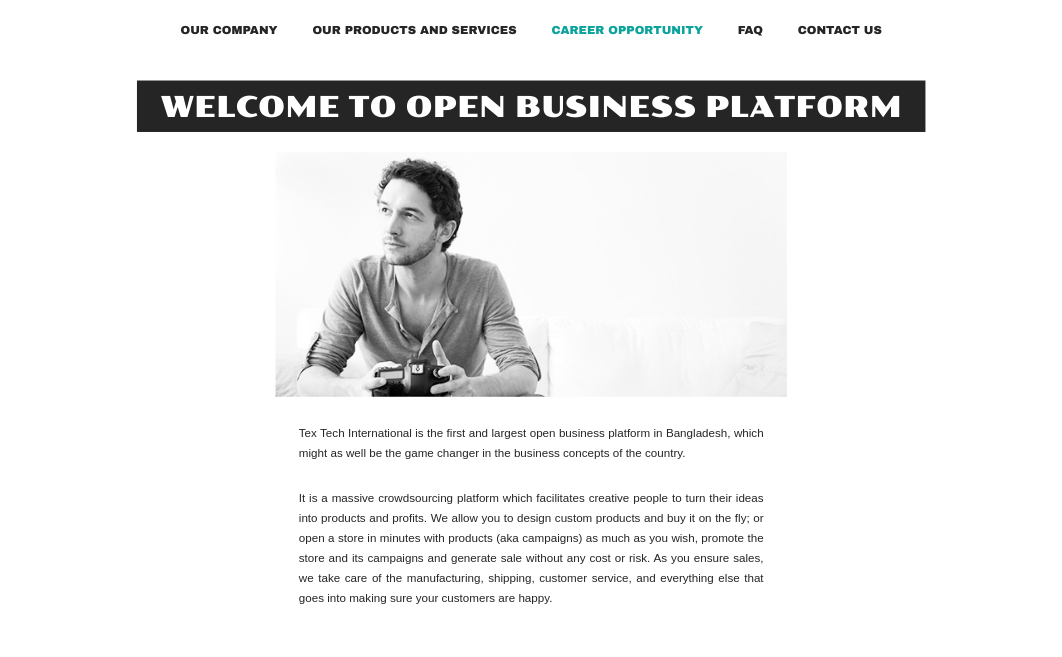
Repository: asifdotpy/textechint
Page: about.html
These files come from the project's save history. The page is drawn as it stood at one moment and after a run of saves; the edit follows.
The browser window is 1280 px wide. The pictures show the whole page, at 83% of full size.

Above is the page before, as saved 2021-02-24 00:48:20.

### about.html
<!doctype html>
<html>
<head>
	<meta charset="UTF-8">
	<meta name="viewport" content="width=device-width, initial-scale=1.0">
	<title>Career Opportunity - Tex Tech International</title>
	<link rel="stylesheet" type="text/css" href="css/style.css">
	<link rel="stylesheet" type="text/css" href="css/mobile.css" media="screen and (max-width : 568px)">
	<script type="text/javascript" src="js/mobile.js"></script>
</head>
<body>
	<div id="header">
		<ul id="navigation">
			<li>
				<a href="index.html">our company</a>
			</li>
			<li>
				<a href="gallery.html">Our Products and services
				</a>
			</li>
			<li class="selected">
				<a href="about.html">career opportunity</a>
			</li>
			<li>
				<a href="blog.html">faq</a>
			</li>
			<li>
				<a href="contact.html">contact us</a>
			</li>
		</ul>
	</div>
	<div id="body">
		<h1><span>Welcome to Open Business Platform</span></h1>
		<div>
			<img src="images/photographer.jpg" alt="">
			<div class="article">
				<!--<h3>Tex Tech International is the first and largest open business platform in Bangladesh</h3>-->
				<p>Tex Tech International is the first and largest open business platform in Bangladesh, which might as well be the game changer in the business concepts of the country. </p>
				<!--<h3>Our goal </h3>-->
				<p>It is a massive crowdsourcing platform which facilitates creative people to turn their ideas into products and profits. We allow you to design custom products and buy it on the fly; or open a store in minutes with products (aka campaigns) as much as you wish, promote the store and its campaigns and generate sale without any cost or risk. As you ensure sales, we take care of the manufacturing, shipping, customer service, and everything else that goes into making sure your customers are happy.</p>
				<!--<h3>Be Part of Our Community</h3>
				<p>
					As well as delivering services that promote sustainable development, our values also show a commitment to corporate sustainability. For us, sustainability is about managing a long-term profitable business while taking into account all the positive and negative environmental, social and economic effects we have on society. We partner with you to deliver and take care independent (Merchandising, Sourcing, Development, Commercial, Production, Logistics etc.) services that will help you to improve operations, reduce wages cost along with Daily/Monthly cost and develop smart solutions.

				</p>
				<h3>Work area</h3>
				<p>
					Wherever you are in the world, in whatever you are connected in Apparels industry, you can rely on our service to provide specialized solutions to make your business faster and simpler. As you ensure Sales/Export, we take care of the manufacturing, shipping, customer service, and everything else that goes into making sure your customers are happy. Tex Tech International may be the only one among the existing business models that requires absolute zero investment to initiate and guarantees significant recognition and profits in virtually non-existent legwork and absolutely minimal efforts. All you need to do is bring your creativity and help spread the word, we’ll take care of the rest.

				</p>
			</div>
		</div>
	</div>
	<div id="footer">
		<div>
			<p>&copy; Created by Asif and Apu. All rights reserved.</p>
			<ul>
				<li>
					<a href="http://freewebsitetemplates.com/go/twitter/" id="linkedin">lindedin</a>
				</li>
				<li>
					<a href="https://www.facebook.com/textechint" target="_blank" id="facebook">facebook</a>
			</ul>
		</div>
	</div>
</body>
</html>

### css/style.css
@font-face {
	font-family: 'poller_oneregular';
	src: url('../fonts/pollerone/pollerone-webfont.eot');
	src: url('../fonts/pollerone/pollerone-webfont.eot?#iefix') format('embedded-opentype'),
		 url('../fonts/pollerone/pollerone-webfont.woff') format('woff'),
		 url('../fonts/pollerone/pollerone-webfont.ttf') format('truetype'),
		 url('../fonts/pollerone/pollerone-webfont.svg#poller_oneregular') format('svg');
}
@font-face {
	font-family: 'leckerli_oneregular';
	src: url('../fonts/leckerlione/leckerlione-regular-webfont.eot');
	src: url('../fonts/leckerlione/leckerlione-regular-webfont.eot?#iefix') format('embedded-opentype'),
		 url('../fonts/leckerlione/leckerlione-regular-webfont.woff') format('woff'),
		 url('../fonts/leckerlione/leckerlione-regular-webfont.ttf') format('truetype'),
		 url('../fonts/leckerlione/leckerlione-regular-webfont.svg#leckerli_oneregular') format('svg');
}

body {
	background: #fff;
	font-family: Arial, Helvetica, sans-serif;
	font-size: 14px;
	font-weight: normal;
	line-height: 1;
	margin: 0;
	min-width: 960px;
	padding: 0;
}
p {
	color: #252525;
	line-height: 24px;
	margin: 0;
	padding: 0;
}
p a {
	color: #252525;
	text-decoration: underline;
}
p a:hover {
	color: #898989;
}
#header {
	margin: 0 auto;
	padding: 4px 0 50px;
	text-align: center;
	width: 960px;
}
#header a.logo {
	display: block;
	margin: 0 auto;
	padding: 0;
	width: 340px;
}
#header a.logo img {
	border: 0;
	display: block;
	margin: 0;
	padding: 0;
}
#header ul {
	margin: 0;
	padding: 25px 0 0;
}
#header ul li {
	display: inline;
	list-style: none;
	margin: 0;
	padding: 0 19px;
}
#header ul li a {
	color: #252525;
	display: inline-block;
	font-family: "Arial Black", Gadget, sans-serif;
	font-size: 14px;
	font-weight: normal;
	margin: 0;
	padding: 0 0 3px;
	text-decoration: none;
	text-transform: uppercase;
}
#header ul li a:hover, #header ul li.selected a {
	color: #0ba39c;
}
#body {
	margin: 0;
	padding: 0 0 30px;
	text-align: center;
}
#body h1 {
	color: #fff;
	display: inline;
	font-family: poller_oneregular;
	font-size: 35px;
	font-weight: normal;
	margin: 0;
	padding: 0;
	text-transform: uppercase;
}
#body h1 span {
	background: #252525;
	display: inline-block;
	padding: 15px 28px 12px;
}
#body > div {
	margin: 0 auto;
	padding: 0;
	width: 960px;
}
#body > div img {
	border: 0 auto;
	margin: 24px 0 0;
	padding: 0;
}
#body > div .article {
	margin: 0 auto;
	padding: 30px 30px 0;
	width: 560px;
}
#body > div .article h2 {
	font-family: "Arial Black", Gadget, sans-serif;
	font-size: 25px;
	font-weight: normal;
	margin: 0 0 30px;
}
#body > div .article h3 {
	color: #252525;
	line-height: 24px;
	margin: 0;
	padding: 0;
}
#body > div .article h4 {
	background: #252525;
	color: #fff;
	display: inline-block;
	font-family: "Arial Black", Gadget, sans-serif;
	font-size: 25px;
	font-weight: normal;
	margin: 0 0 30px;
	padding: 8px 27px 10px;
}
#body > div .article p {
	margin: 0 0 30px;
	text-align: justify;
}
#body div div ul {
	margin: 0;
	padding: 24px 10px 0;
	width: 940px;
	list-style-type: none;
}
#body div div ul li {
	border: 2px solid #1a1a1a;
	display: block;
	list-style: none;
	margin: 0 0 13px;
	overflow: hidden;
	padding: 0;
}
#body div ul li .figure {
	border-right: 2px solid #1a1a1a;
	float: left;
	margin: 0;
	padding: 0;
	width: 376px;
}
#body div ul li img {
	border: 0;
	display: block;
	margin: 0;
	padding: 0;
	opacity: 0.8;
	transition: 0.5s ease-in-out;
}
#body div ul li .figure:hover img {
	opacity: 1;
}
#body div ul li div {
	float: left;
	margin: 0;
	padding: 63px 0 20px;
	width: 558px;
}
#body div ul li div h3 {
	color: #252525;
	font-family: "Arial Black", Gadget, sans-serif;
	font-size: 25px;
	font-weight: normal;
	margin: 0;
	padding: 0;
	text-transform: uppercase;
}
#body div ul li div p {
	padding: 30px 30px 18px;
}
#body div ul li div a.more {
	background: #000;
	color: #fff;
	display: inline-block;
	font-family: "Arial Black", Gadget, sans-serif;
	font-size: 18px;
	font-weight: normal;
	margin: 0;
	padding: 8px 28px;
	text-decoration: none;
	text-transform: uppercase;
}
#body div ul li div a.more:hover {
	color: #252525;
	background: #fff;
	border: 2px solid #252525;
}
#body #featured {
	margin: 0 0 13px;
	padding: 0;
	position: relative;
	width: 100%;
}
#body #featured img {
	border: 0;
	display: block;
	margin: 0;
	padding: 0;
	width: 100%;
	height: auto;
}
#body #featured div {
	left: 50%;
	margin-left: -480px;
	margin-top: -171px;
	padding: 0 0 0 470px;
	position: absolute;
	top: 50%;
	text-align: left;
	width: 490px;
}
#body #featured div h2 {
	background: #fff;
	color: #000;
	display: inline-block;
	font-family: poller_oneregular;
	font-size: 20px;
	font-weight: normal;
	margin: 0 0 18px;
	padding: 23px 27px 20px;
	text-transform: uppercase;
}
#body #featured div span {
	background: #252525;
	color: #fff;
	display: inline-block;
	font-size: 20px;
	margin: 7px 0;
	padding: 12px 27px;
}
#body #featured div a {
	background: #0ba39c;
	color: #fff;
	display: inline-block;
	font-size: 16px;
	margin: 15px 0 0;
	padding: 26px 27px 22px;
	text-align: center;
	text-decoration: none;
	text-transform: uppercase;
}
#body #featured div a:hover {
	background: #1fc3bc;
}
#body > ul {
	margin: 0 auto;
	overflow: hidden;
	padding: 24px 0 0;
	width: 960px;
}
#body > ul li {
	display: block;
	float: left;
	margin: 0 10px 20px;
	padding: 0;
	width: 300px;
}
#body > ul li a {
	color: #000;
	display: block;
	font-family: poller_oneregular;
	font-size: 20px;
	font-weight: normal;
	margin: 0;
	padding: 0;
	text-align: center;
	text-decoration: none;
	text-transform: uppercase;
}
#body > ul li a img {
	border: 2px solid #1a1a1a;
	display: block;
	margin: 0;
	padding: 0;
	opacity: .8;
	transition: 0.5s ease-in-out;
}
#body > ul li a:hover img {
	opacity: 1;
}
#body > ul li a span {
	display: block;
	margin: 0;
	padding: 33px 0 0;
}
#body form {
	margin: 0 auto;
	padding: 24px 0 0;
	width: 620px;
}
#body form input, #body form textarea {
	border: 2px solid #252525;
	color: #252525;
	font-family: Arial, Helvetica, sans-serif;
	font-size: 15px;
	font-weight: normal;
	margin: 0 0 37px;
	padding: 20px 10px;
	text-align: center;
	text-transform: uppercase;
	width: 596px;
}
#body form textarea {
	height: 175px;
	overflow: auto;
	resize: none;
}
#body form #send {
	background: #252525;
	color: #fff;
	font-family: "Arial Black", Gadget, sans-serif;
	font-size: 15px;
	font-weight: normal;
	display: inline-block;
	padding: 20px 28px;
	width: auto;
}
#body form #send:hover {
	background: #fff;
	color: #252525;
	cursor: pointer;
}
#footer {
	background: #252525;
	margin: 0;
	padding: 36px 0 42px;
}
#footer div {
	margin: 0 auto;
	overflow: hidden;
	padding: 0;
	width: 960px;
}
#footer div p {
	color: #fff;
	float: left;
	line-height: 44px;
	margin: 0 0 0 10px;
	padding: 0;
}
#footer div ul {
	display: block;
	float: right;
	margin: 0;
	overflow: hidden;
	padding: 0;
	width: 256px;
}
#footer div ul li {
	display: block;
	float: left;
	list-style: none;
	margin: 0 10px;
	padding: 0;
	width: 44px;
}
#footer div ul li a {
	background: url(../images/icons.jpg) no-repeat 0 0;
	display: block;
	height: 44px;
	margin: 0;
	padding: 0;
	text-indent: -99999px;
	width: 44px;
}
#footer div ul li #linkedin {
	background-position: 0 0;
}
#footer div ul li #linkedin:hover {
	background-position: -44px 0;
}
#footer div ul li #facebook {
	background-position: 0 -44px;
}
#footer div ul li #facebook:hover {
	background-position: -44px -44px;
}

div .intro h1 {
	margin: 0px 50px;
	padding: 0px 50px;
	background-color: #0ba39c;
	text-decoration: #1a1a1a;
}

div .intro p {
	margin: 10px;
	padding: 10px;
	font-size: 16px;
}

div .main {
	font-size: 15px;
}



.post-container {
    margin: 20px 20px 0 0;
    border: 5px solid #333;
    overflow: auto
}
.post-thumb {
    float: left;
}
.post-thumb img {
    display: block;
}
.post-content {
    margin-left: 210px
}
.post-title {
    font-weight: bold;
    font-size: 200%
}

div .main {
	text-align: justify;
}

div .article

### js/mobile.js
window.onload = function(){
	var getNavi = document.getElementById('navigation');

	var mobile = document.createElement("span");
	mobile.setAttribute("id","mobile-navigation");
	getNavi.parentNode.insertBefore(mobile,getNavi);

	document.getElementById('mobile-navigation').onclick = function(){
		var a = getNavi.getAttribute('style');
		if(a){
			getNavi.removeAttribute('style');
			document.getElementById('mobile-navigation').style.backgroundImage='url(images/mobile-menu.png)';
		} else {
			getNavi.style.display='block';
			document.getElementById('mobile-navigation').style.backgroundImage='url(images/mobile-close.png)';
		}
	};
	var getElm = getNavi.getElementsByTagName("LI");
	for(var i=0;i<getElm.length;i++){
		if(getElm[i].children.length>1){
			var smenu = document.createElement("span");
			smenu.setAttribute("class","mobile-submenu");
			smenu.setAttribute("OnClick","submenu("+i+")");
			getElm[i].appendChild(smenu);
		};
	};
	submenu = function (i){
		var sub = getElm[i].children[1];
		var b = sub.getAttribute('style');
		if(b){
			sub.removeAttribute('style');
			getElm[i].lastChild.style.backgroundImage='url(images/mobile-expand.png)';
			getElm[i].lastChild.style.backgroundColor='rgba(11, 163, 156, 0.7)';
		} else {
			sub.style.display='block';
			getElm[i].lastChild.style.backgroundImage='url(images/mobile-collapse.png)';
			getElm[i].lastChild.style.backgroundColor='rgba(0,0,0,0.8)';
		}
	};
};

### css/mobile.css
body {
	min-width: 0;
}
#header {
	padding: 20px 0;
	position: relative;
	width: 100%;
}
#header a.logo {
	width: 80%;
}
#header a.logo img {
	width: 100%;
}
#mobile-navigation {
	background: url(../images/mobile-menu.png) no-repeat 0 0;
	display: block;
	height: 50px;
	margin: 30px auto 0;
	padding: 0;
	width: 50px;
}
#header ul {
	border: 1px solid #fff;
	display: none;
	left: 50%;
	margin-left: -45%;
	padding: 0;
	position: absolute;
	width: 90%;
	z-index: 1001;
}
#header ul li {
	border-top: 1px solid #fff;
	display: block;
	margin: 0;
	padding: 0;
	position: relative;
}
#header > ul > li:first-child {
	border: 0;
}
#header ul li a {
	background: rgba(11, 163, 156, 0.9);
	color: #fff;
	display: block;
	font-family: Arial, Helvetica, sans-serif;
	font-size: 16px;
	font-weight: normal;
	height: 49px;
	line-height: 49px;
	padding: 0 15px;
	text-align: left;
}
#header ul li a:hover, #header ul li.selected a {
	background: rgba(0, 0, 0, 0.9);
	color: #fff;
}
#header ul ul {
	display: none;
	border: 0;
	height: auto;
	left: 0;
	margin: 0;
	position: relative;
	width: 100%;
}
#header ul ul li a {
	text-indent: 15px;
}
#header ul li span {
	background: rgba(11, 163, 156, 0.9) url(../images/mobile-expand.png) no-repeat 0 0;
	border-left: 1px solid #fff;
	display: block;
	height: 49px;
	position: absolute;
	right: 0;
	top: 0;
	width: 50px;
}
#body {
	width: 100%;
}
#body h1 {
	display: block;
	font-size: 20px;
	margin: 0 auto;
	width: 90%;
}
#body h1 span {
	display: block;
	padding: 3%;
	width: 94%;
}
#body > div {
	padding: 0 5%;
	width: 90%;
}
#body > div img {
	margin: 24px 0 30px;
	width: 98%
}
#body > div .article {
	padding: 0;
	width: 100%;
}
#body > div .article h2, #body > div .article h4 {
	font-size: 18px;
	font-weight: bold;
}
#body #featured {
	overflow: hidden;
	margin: 0 0 20px
}
#body #featured img {
	min-width: 960px;
}
#body #featured div {
	left: 0;
	margin: 0;
	padding: 0 2%;
	position: absolute;
	top: 0;
	text-align: left;
	width: 96%;
}
#body #featured div h2 {
	font-size: 14px;
	font-weight: normal;
	margin: 50px 0 10px;
	padding: 8px 5px;
}
#body #featured div span {
	display: block;
	font-size: 14px;
	margin: 10px 0;
	padding: 10px;
}
#body #featured div a {
	font-size: 14px;
	margin: 5px 0 0;
	padding: 10px;
}
#body > ul {
	overflow: visible;
	padding: 0 5%;
	width: 90%;
}
#body ul.gallery {
	padding: 5% 0;
	overflow: hidden;
	width: 100%;
}
#body > ul li {
	float: none;
	margin: 0;
	width: 100%;
}
#body ul.gallery li {
	float: left;
	margin: 0 0 5% 5%;
	width: 42%;
}
#body > ul li a img {
	width: 98%;
}
#body > ul li a span {
	padding: 15px 0;
}
#body div ul {
	margin: 0;
	padding: 20px 0 0;
	width: 100%;
}
#body div ul li {
	overflow: visible;
	padding: 0 0 20px;
	width: 99%;
}
#body div ul li .figure {
	border: 0;
	display: block;
	float: none;
	margin: 0 0 20px;
	width: 100%;
}
#body div ul li .figure img {
	width: 100%;
}
#body div ul li div {
	float: none;
	padding: 0;
	width: 100%;
}
#body div ul li div a.more:hover {
	height: 14px;
	line-height: 14px;
}
#body form {
	width: 100%;
}
#body form input, #body form textarea {
	margin: 0 0 20px;
	padding: 10px;
	width: 84%;
}
#body form #send {
	padding: 10px;
}
#footer {
	padding: 10px 0 25px;
}
#footer div {
	overflow: visible;
	width: 100%;
}
#footer div p {
	float: none;
	margin: 0;
	text-align: center;
}
#footer div ul {
	float: none;
	margin: 0 auto;
	width: 256px;
}

After the next 2 saves:
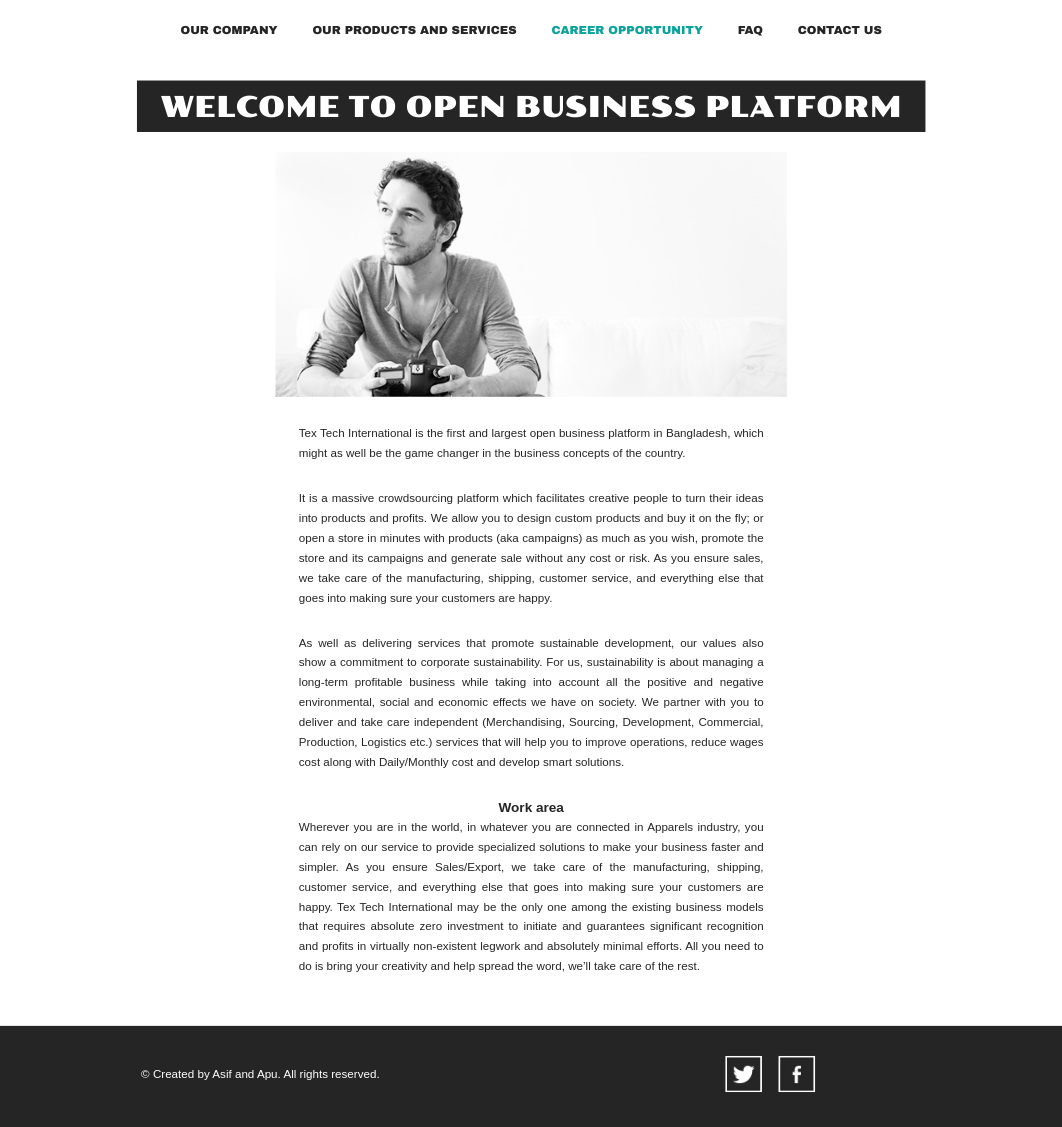
The 2 saves are shown as one change because they came seconds apart.
The last was saved 6 s later.
--- a/about.html
+++ b/about.html
@@ -38,7 +38,7 @@
 				<p>Tex Tech International is the first and largest open business platform in Bangladesh, which might as well be the game changer in the business concepts of the country. </p>
 				<!--<h3>Our goal </h3>-->
 				<p>It is a massive crowdsourcing platform which facilitates creative people to turn their ideas into products and profits. We allow you to design custom products and buy it on the fly; or open a store in minutes with products (aka campaigns) as much as you wish, promote the store and its campaigns and generate sale without any cost or risk. As you ensure sales, we take care of the manufacturing, shipping, customer service, and everything else that goes into making sure your customers are happy.</p>
-				<!--<h3>Be Part of Our Community</h3>
+				<!--<h3>Be Part of Our Community</h3>-->
 				<p>
 					As well as delivering services that promote sustainable development, our values also show a commitment to corporate sustainability. For us, sustainability is about managing a long-term profitable business while taking into account all the positive and negative environmental, social and economic effects we have on society. We partner with you to deliver and take care independent (Merchandising, Sourcing, Development, Commercial, Production, Logistics etc.) services that will help you to improve operations, reduce wages cost along with Daily/Monthly cost and develop smart solutions.
 
